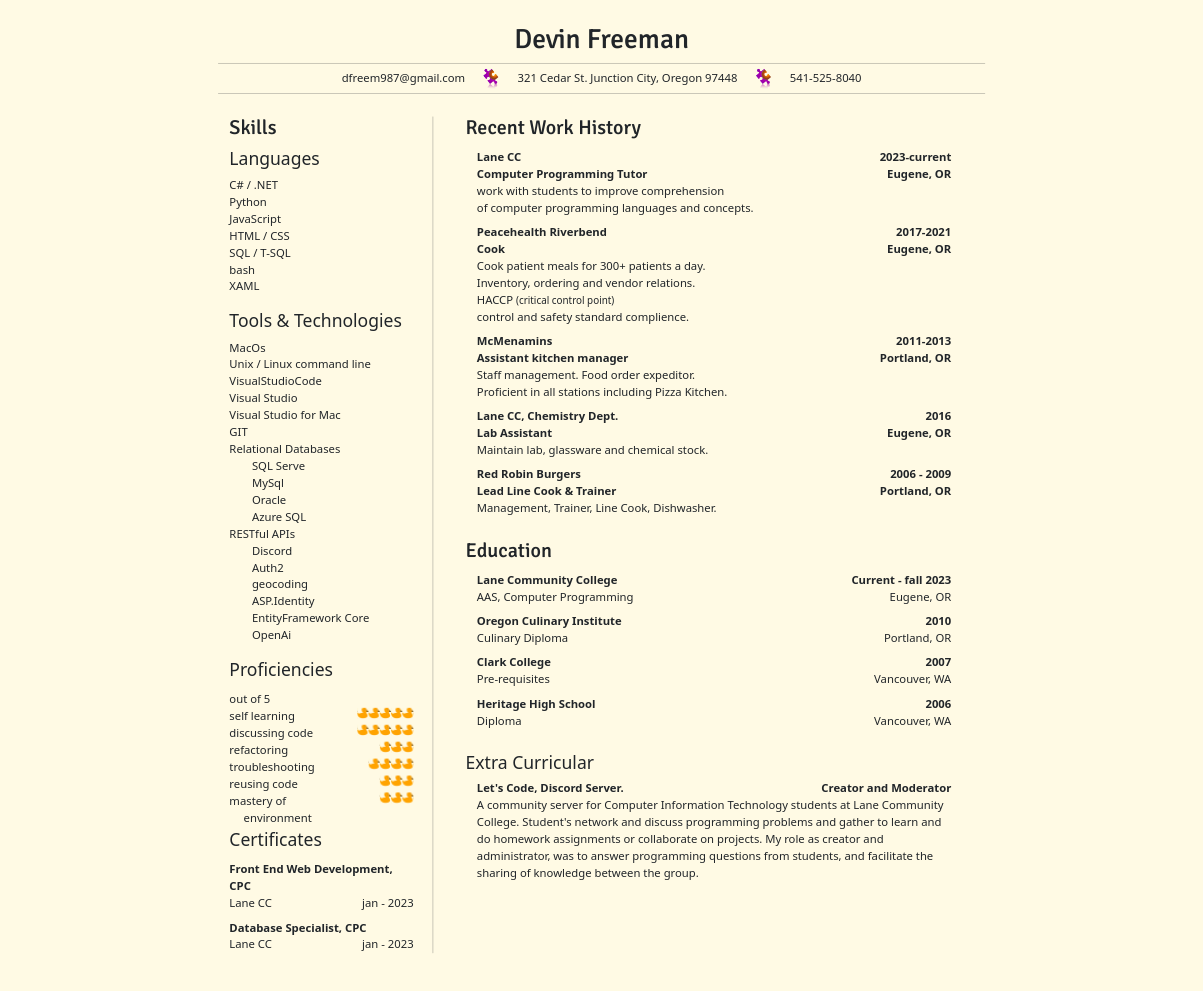
Repository: Dfreem/Resume
Page: index.html
The author's editor kept a copy of each file at every save. The page is drawn from the files as they stood at one save, then again after the next save.
The browser window is 1280 px wide. The pictures show the whole page, at 94% of full size.

Above is the page before, as saved 2023-02-12 20:48:35.

After the next save:
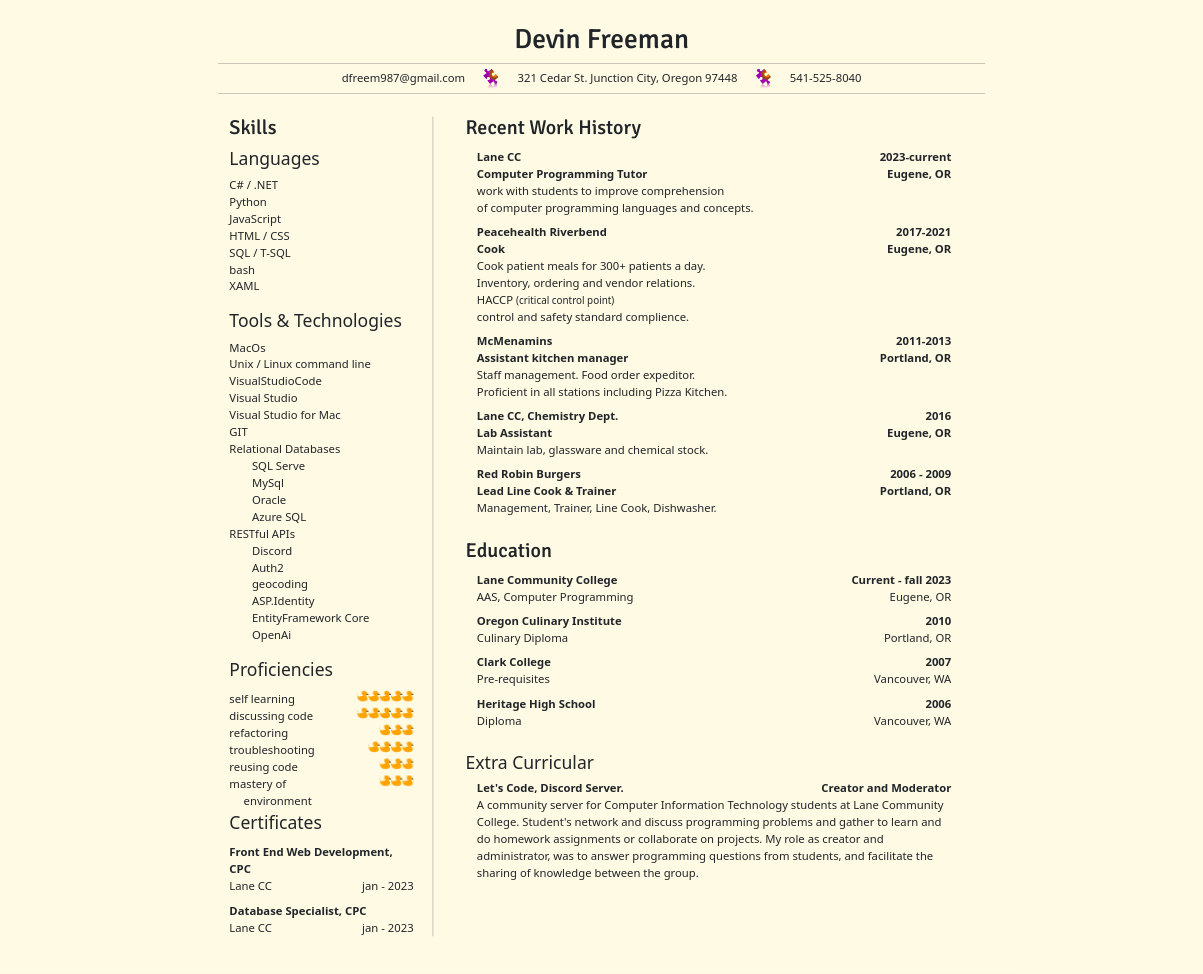
Saved 41 s later.
--- a/index.html
+++ b/index.html
@@ -102,7 +102,7 @@
             <!-- ========= Soft Skills ========= -->
 
             <h3>Proficiencies</h3>
-            <ul class="profs me-2">out of 5
+            <ul class="profs me-2"><div class="push-right"></div>
                 <li class="d-flex flex-row flex-nowrap">
                     self learning<div class="push-right five"></div>
                 </li>

After the save that followed:
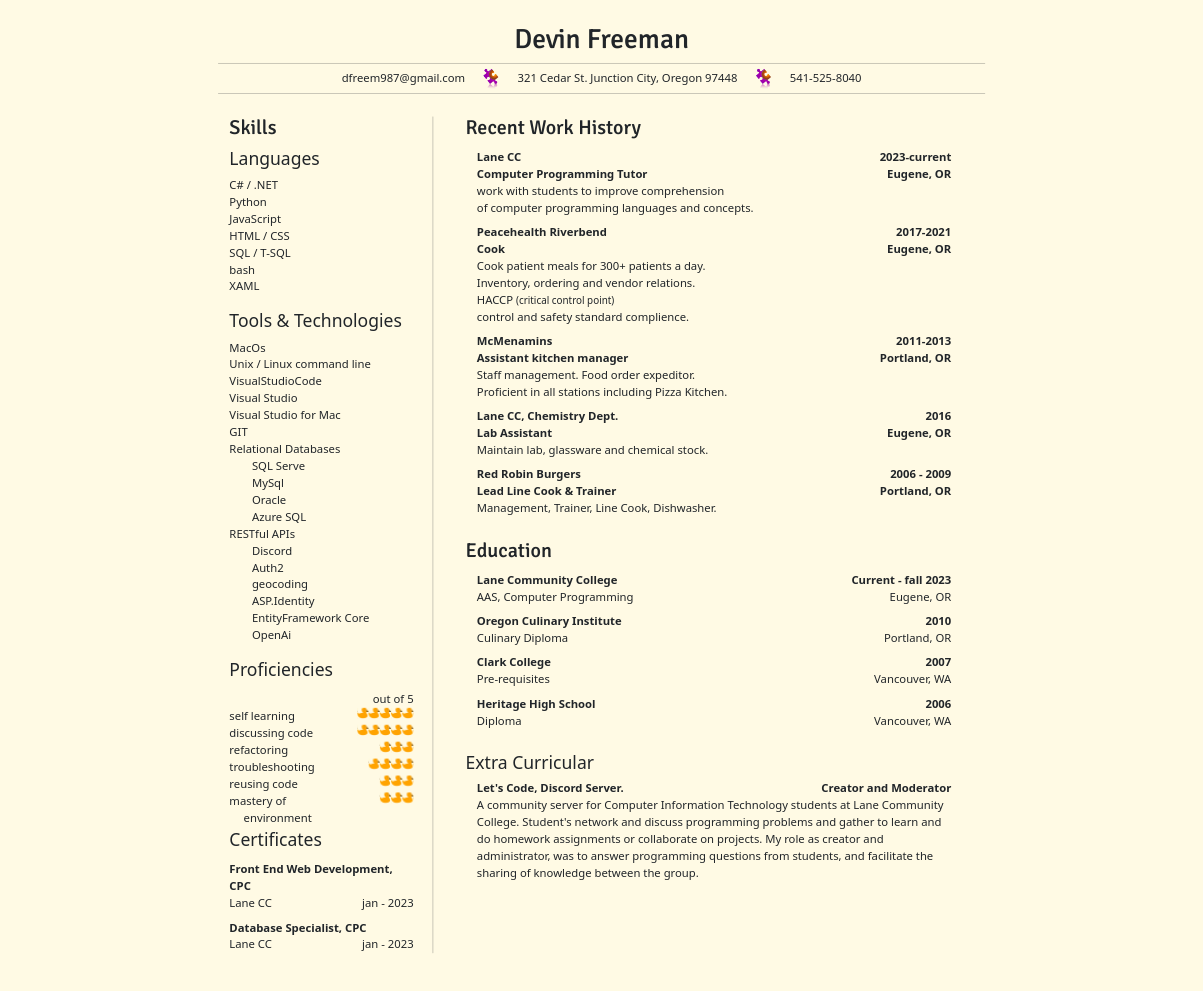
Saved 25 s later.
--- a/index.html
+++ b/index.html
@@ -102,7 +102,7 @@
             <!-- ========= Soft Skills ========= -->
 
             <h3>Proficiencies</h3>
-            <ul class="profs me-2"><div class="push-right"></div>
+            <ul class="profs me-2"><div class="push-right">out of 5</div>
                 <li class="d-flex flex-row flex-nowrap">
                     self learning<div class="push-right five"></div>
                 </li>
